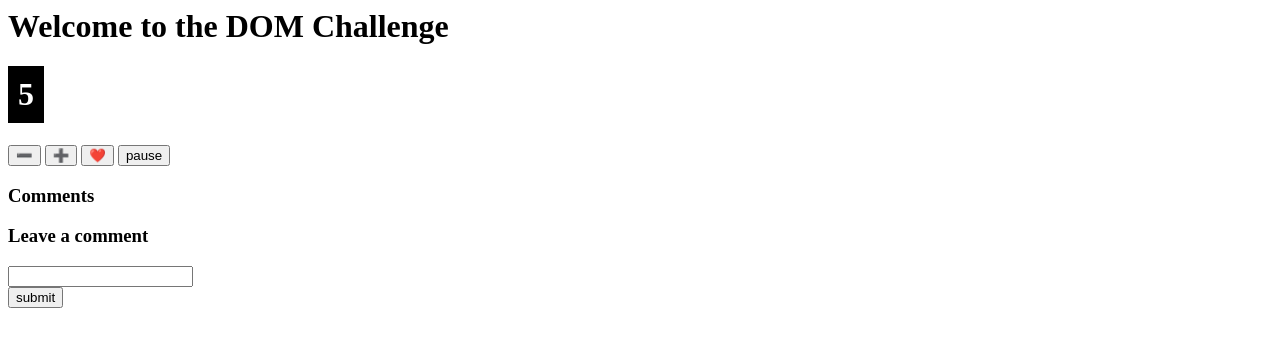
Repository: annferracane/phase-1-practice-interacting-with-the-dom
Page: index.html
The author's editor kept a copy of each file at every save. The page is drawn from the files as they stood at one save, then again after the next save.
The browser window is 1280 px wide. The pictures show the whole page.

Above is the page before, as saved 2022-12-01 18:20:40.

After the next save:
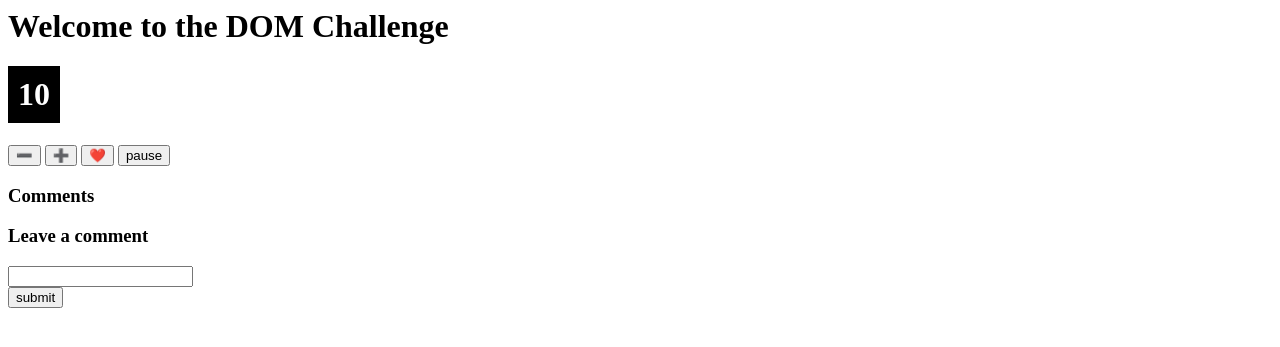
Saved 45 s later.
--- a/js/challenge.js
+++ b/js/challenge.js
@@ -33,6 +33,8 @@ minusBtn.addEventListener('click', decrementCounter);
 plusBtn.addEventListener('click', incrementCounter);
 heartBtn.addEventListener('click', likeCounter);
 pauseBtn.addEventListener('click', pauseResumeCounter);
+
+setInterval(() => incrementCounter(), 1000);
 
 // Decrement counter by 1
 function decrementCounter() {
